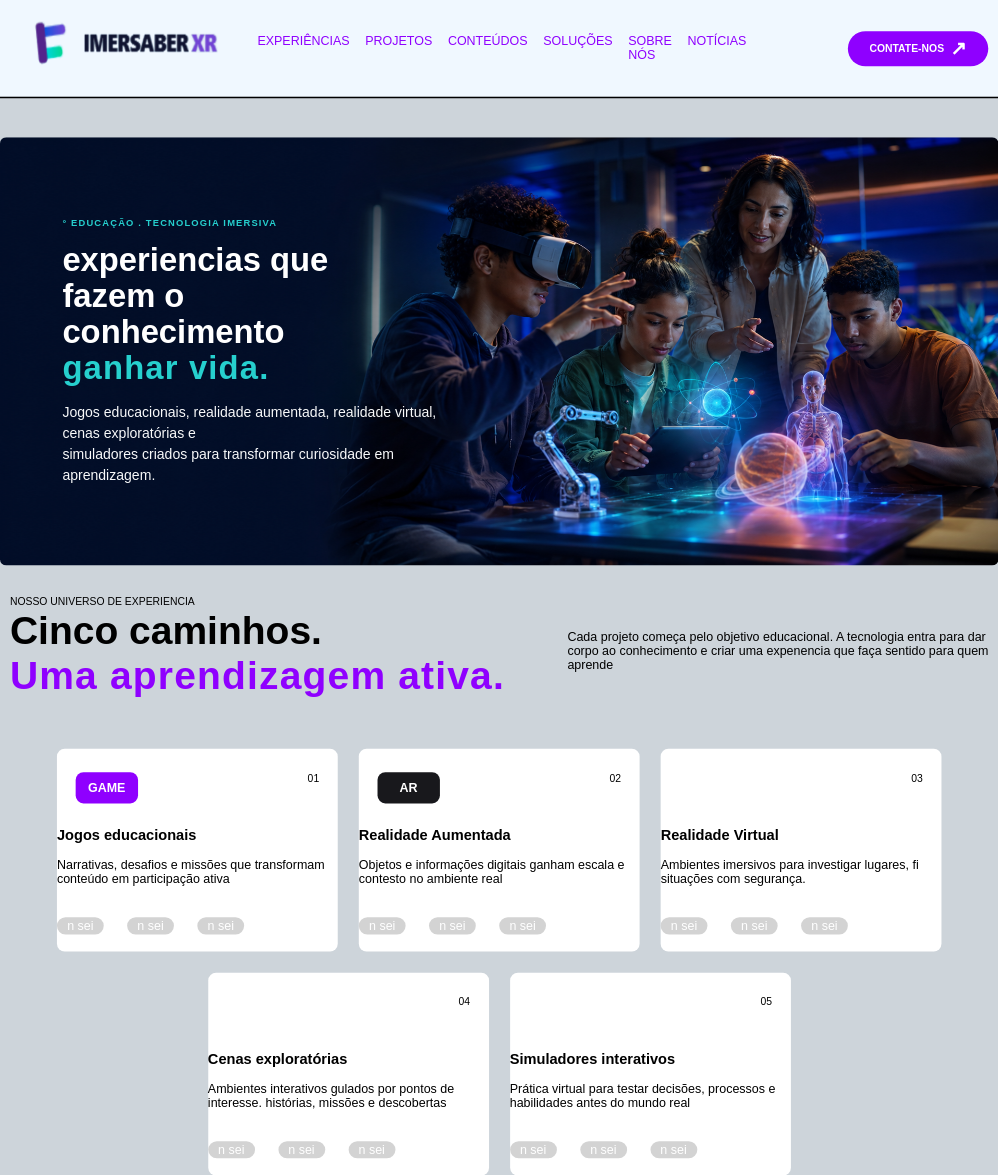
Repository: antonymsantana-design/Avaliacao.Parte.01
Page: html/index.html
The author's editor kept a copy of each file at every save. The page is drawn from the files as they stood at one save, then again after a run of saves.
The browser window is 1280 px wide. The pictures show the whole page, at 78% of full size.

Above is the page before, as saved 2026-08-29 21:05:06.

### html/index.html
<!DOCTYPE html>
<html lang="pt-br">

<head>
    <meta charset="UTF-8">
    <meta name="viewport" content="width=device-width, initial-scale=1.0">
    <title>avaliação </title>
    <link rel="stylesheet" href="../css/Style.css">
</head>
<header>
    <div class="conteudoH" id="conteudoH">
        <div class="imagem" id="imagem">
            <img src="../images/Design sem nome.png" alt="logo" class="logoIMG" id="logoIMG">
        </div>
        <div class="links" id="links">
            <a href="#">EXPERIÊNCIAS</a>
            <a href="#">PROJETOS</a>
            <a href="#">CONTEÚDOS</a>
            <a href="#">SOLUÇÕES</a>
            <a href="#">SOBRE NÓS</a>
            <a href="#">NOTÍCIAS</a>
        </div>
        <div class="btnDiv" id="btnDiv">
            <button class="btn" id="btn">
                <div class="btnTxt" id="btnTxt">
                    <p>CONTATE-NOS</p>
                </div>
                <div class="emoji" id="emoji">
                    <p>↗</p>
                </div>
            </button>
        </div>
    </div>
</header>

<body>


    <div class="conteudoBanner">
        <img src="../images/hero-banner-imersaber.png" alt="banner">
        <div class="txtBanner" id="txtBanner">
            <span>° EDUCAÇÃO . TECNOLOGIA IMERSIVA</span>
            <h1>experiencias que <br> fazem o <br> conhecimento <br> <span class="spn">ganhar vida. </span></h1>
            <p>Jogos educacionais, realidade aumentada, realidade virtual, cenas exploratórias e<br>
                simuladores criados para transformar curiosidade em aprendizagem.</p>
        </div>
    </div>

    <BR></BR>

    <div class="titulo" id="titulo">
        <div class="eTitulo">
            <small>NOSSO UNIVERSO DE EXPERIENCIA</small>
            <h1 class="eH1">Cinco caminhos. <br>
                <span>Uma aprendizagem ativa.</span>
            </h1>
        </div>
        <div class="dTitulo">
            <p>Cada projeto começa pelo objetivo educacional. A tecnologia entra para dar <br> corpo ao conhecimento e
                criar uma expenencia que faça sentido para quem <br> aprende</p>
        </div>
    </div>

    <div class="cards">

        <div class="card1">
            <div class="cima">
                <p class="crd1">GAME</p>
                <small>01</small>
            </div>
            <div class="meio">
                <h3>
                    Jogos educacionais
                </h3> <br>
                <p>Narrativas, desafios e missões que transformam conteúdo em participação ativa</p>
            </div>
            <div class="baixo">
                <!-- não consegui ler oque estava escrito nessa parte  -->
                <p> n sei</p>
                <p> n sei</p>
                <p> n sei</p>
            </div>
        </div>

        <div class="card1">
            <div class="cima">
                <p class="crd2">AR</p>
                <small>02</small>
            </div>
            <div class="meio">
                <h3>
                    Realidade Aumentada
                </h3> <br>
                <p>Objetos e informações digitais ganham escala e contesto no
ambiente real</p>
            </div>
            <div class="baixo">
                <p> n sei</p>
                <p> n sei</p>
                <p> n sei</p>
            </div>
        </div>

        <div class="card1">
            <div class="cima">
                <p class="crd3">VR</p>
                <small>03</small>
            </div>
            <div class="meio">
                <h3>
                    Realidade Virtual
                </h3> <br>
                <p>Ambientes imersivos para investigar lugares, fi situações com segurança.</p>
            </div>
            <div class="baixo">
                <p> n sei</p>
                <p> n sei</p>
                <p> n sei</p>
            </div>
        </div>

        <div class="card1">
            <div class="cima">
                <p class="crd4">CENA</p>
                <small>04</small>
            </div>
            <div class="meio">
                <h3>
                    Cenas exploratórias
                </h3> <br>
                <p>Ambientes interativos gulados por pontos de interesse. histórias, missões e descobertas</p>
            </div>
            <div class="baixo">
                <p> n sei</p>
                <p> n sei</p>
                <p> n sei</p>
            </div>
        </div>

        <div class="card1">
            <div class="cima">
                <p class="crd5">SIM</p>
                <small>05</small>
            </div>
            <div class="meio">
                <h3>
                    Simuladores interativos
                </h3> <br>
                <p>Prática virtual para testar decisões, processos e habilidades antes do mundo real</p>
            </div>
            <div class="baixo">
                <p> n sei</p>
                <p> n sei</p>
                <p> n sei</p>
            </div>
        </div>

    </div>

</body>

</html>

### css/Style.css
* {
    padding: 0px;
    margin: 0px;
    font-family: Arial, Helvetica, sans-serif;
}

body{
    background-color: rgb(205, 212, 218);
}

header {
    background-color: aliceblue;
    border-bottom: 2px solid black;
}

.conteudo {
    margin-top: 5px;
}

.conteudoH {
    display: flex;
    justify-content: space-between;
    padding-right: 100px;
    align-items: center;
}

a {
    text-decoration: none;
    color: #8f00ff;
}

.logoIMG {
    width: 330px;
    height: 120px;
}

.links {
    display: flex;
    gap: 20px;
    justify-content: center;
    padding-right: 130px;
}

.btn {
    display: flex;
    justify-content: center;
    width: 180px;
    height: 45px;
    background-color: #8F00FF;
    font-weight: 800;
    border: none;
    border-radius: 25px;
    color: white;
    align-items: center;
    gap: 8px;
}

.emoji {
    font-size: 25px;
}

/*parte banner*/

.txtBanner p {
    margin: 0;
    font-size: 18px;
    color: #f8f9fa;
}

.conteudoBanner {
    position: relative;
    width: 100%;
    margin: 50px auto 0;
}

.conteudoBanner img {
    width: 100%;
    height: auto;
    display: block;
    border-radius: 8px;
}

.txtBanner {
    position: absolute;
    top: 50%;
    left: 80px;
    color: white;
    transform: translateY(-50%);
    max-width: 500px;
    font-family: sans-serif;
}

span {
    font-size: 12px;
    letter-spacing: 1.5px;
    font-weight: bold;
    color: #26d0ce;
    display: block;
    margin-bottom: 15px;
}

.txtBanner h1 {
    font-size: 42px;
    font-weight: 800;
    line-height: 1.1;
    margin: 0 0 20px 0;
}

.spn {
        font-size: 42px;
    color: #26d0ce;
}

.txtBanner {
    font-size: 14px;
    line-height: 1.5;
}

/*parte 3*/

.titulo{
    display: flex;
    justify-content: center;
    gap: 80px;
    margin-bottom: 50px;
}

.dTitulo{
    display: flex;
    justify-content: center;
    align-items: center;
}

.eH1{
    font-size: 50px;
}

.eH1 span{
    color: #8F00FF;
   font-size: 50px;
}

.card1{
    padding-top: 30px;
    width: 360px;
    height: 230px;
    background-color: white;
    border-radius: 10px;
}

.cima{
    display: flex;
    justify-content: space-around;
    gap: 170px;
    margin-bottom: 30px;
}

.cima p{
    color: white;
    width: 80px;
    height: 40px;
    border-radius: 10px;
    display: flex;
    justify-content: center;
    align-items: center;
    font-weight: bold;
}

.baixo{
    display: flex;
    justify-content: left;
    align-items: center;
    gap: 30px;
    color: white;
}

.meio{
    margin-bottom: 40px;
}

.baixo p{
    background-color: lightgrey;
    width: 60px;
    height: 22px;
    border-radius: 15px;
     display: flex;
    justify-content: center;
    align-items: center;
}

.cards{
    display: flex;
    justify-content: center;
    gap: 27px;
    flex-wrap: wrap;
}

.crd1{
    background-color: #8F00FF;
}

.crd2{
    background-color: #18181c;
}

After the next 4 saves:
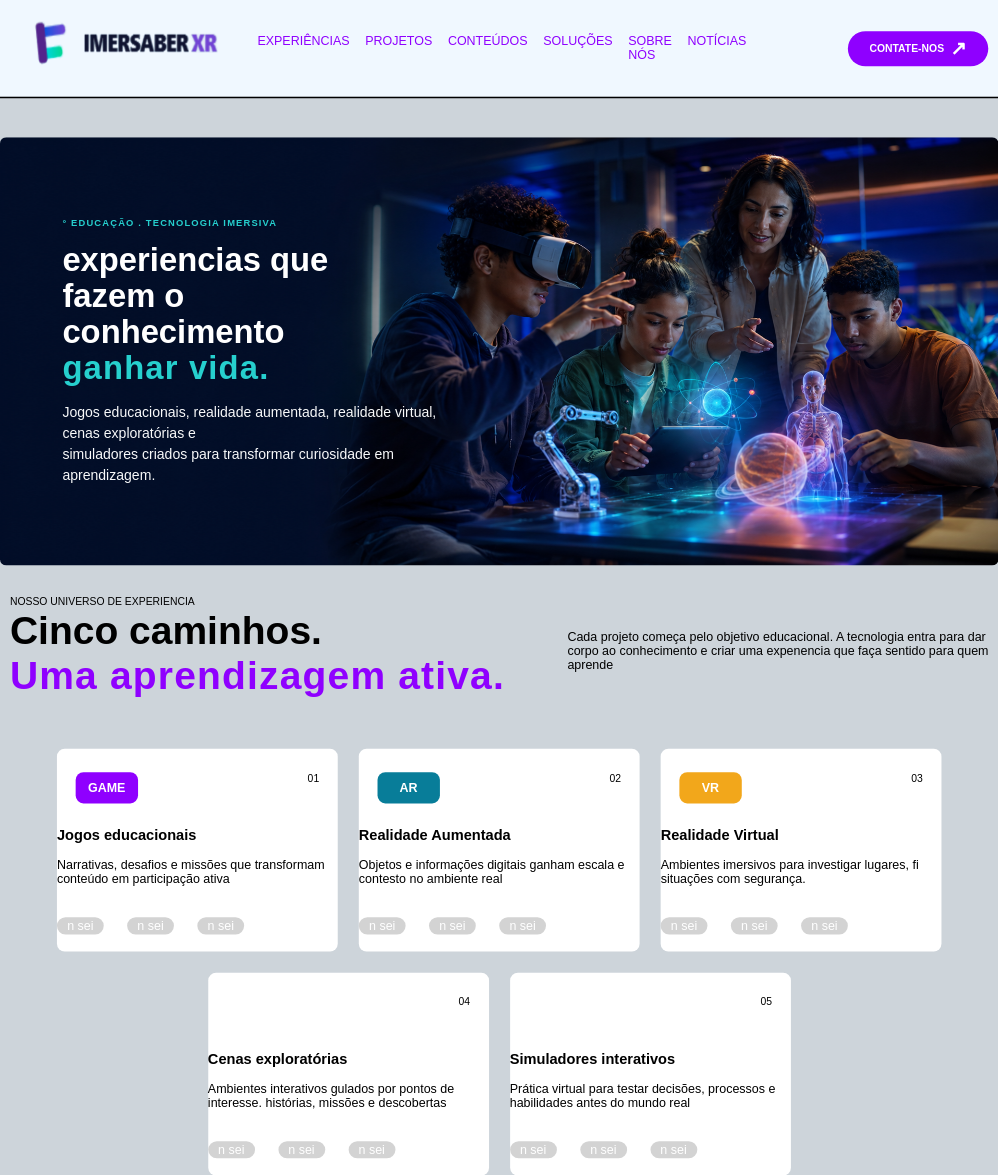
The 4 saves are shown as one change because they came seconds apart.
The last was saved 3 min 30 s later.
--- a/css/Style.css
+++ b/css/Style.css
@@ -200,5 +200,9 @@ span {
 }
 
 .crd2{
-    background-color: #18181c;
-}
+    background-color: #087D99;
+}
+
+.crd3{
+    background-color: #F2A71B;
+}
